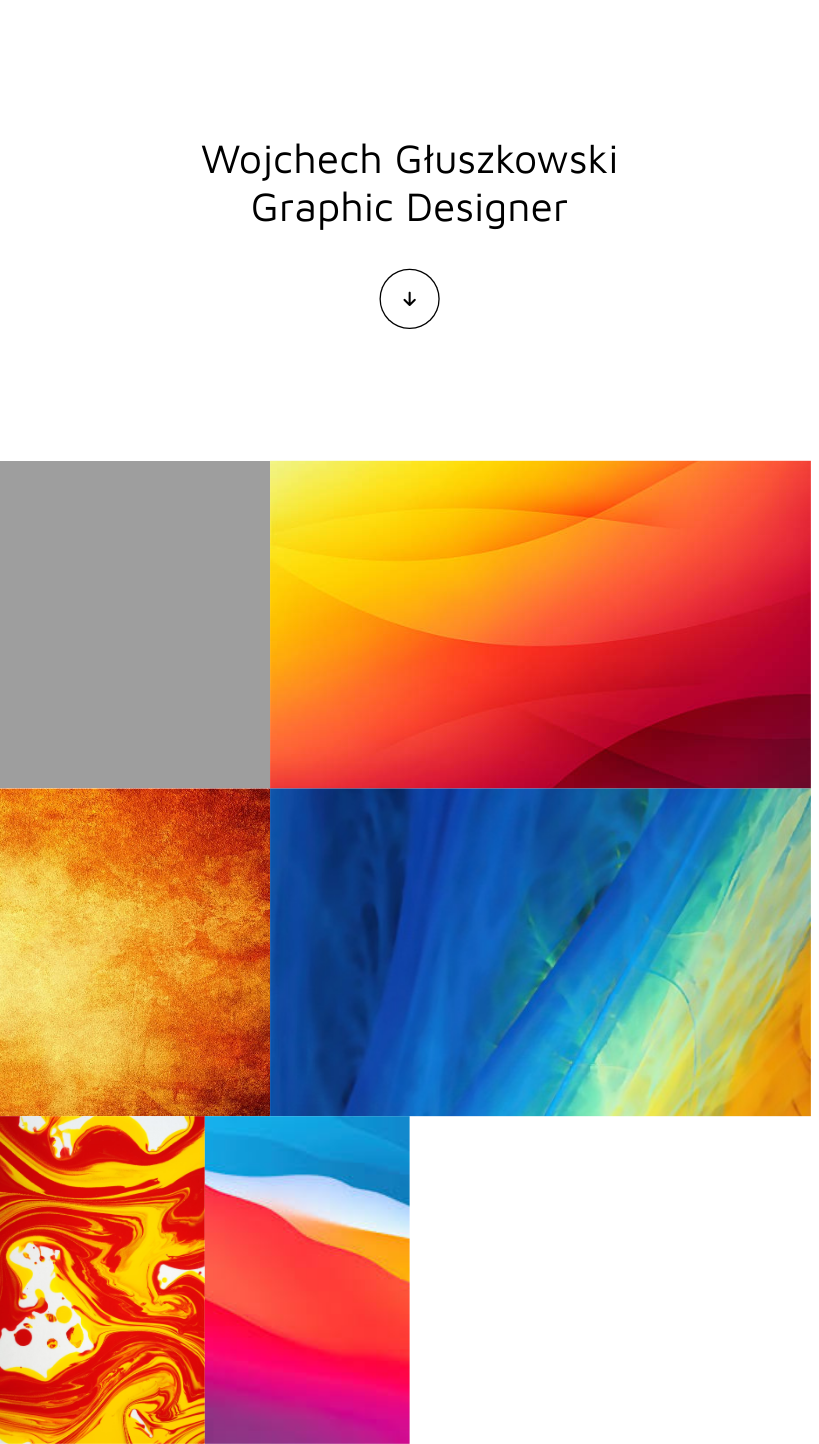
Repository: maciekto/WojciechGluszkowski-Porfolio
Page: /
An editor plug-in stored every save of this project. The page is shown before and after the next save, followed by the edit.
The browser window is 1280 px wide. The pictures show the whole page, at 64% of full size.
Pictures or frames that could not be fetched are drawn as grey boxes. Some web libraries are served in a nearby version. The project was rebuilt for these pictures with package versions that can differ from the ones it lists, and the page was loaded fresh each time.

Above is the page before, as saved 2022-06-07 14:47:56.

After the next save:
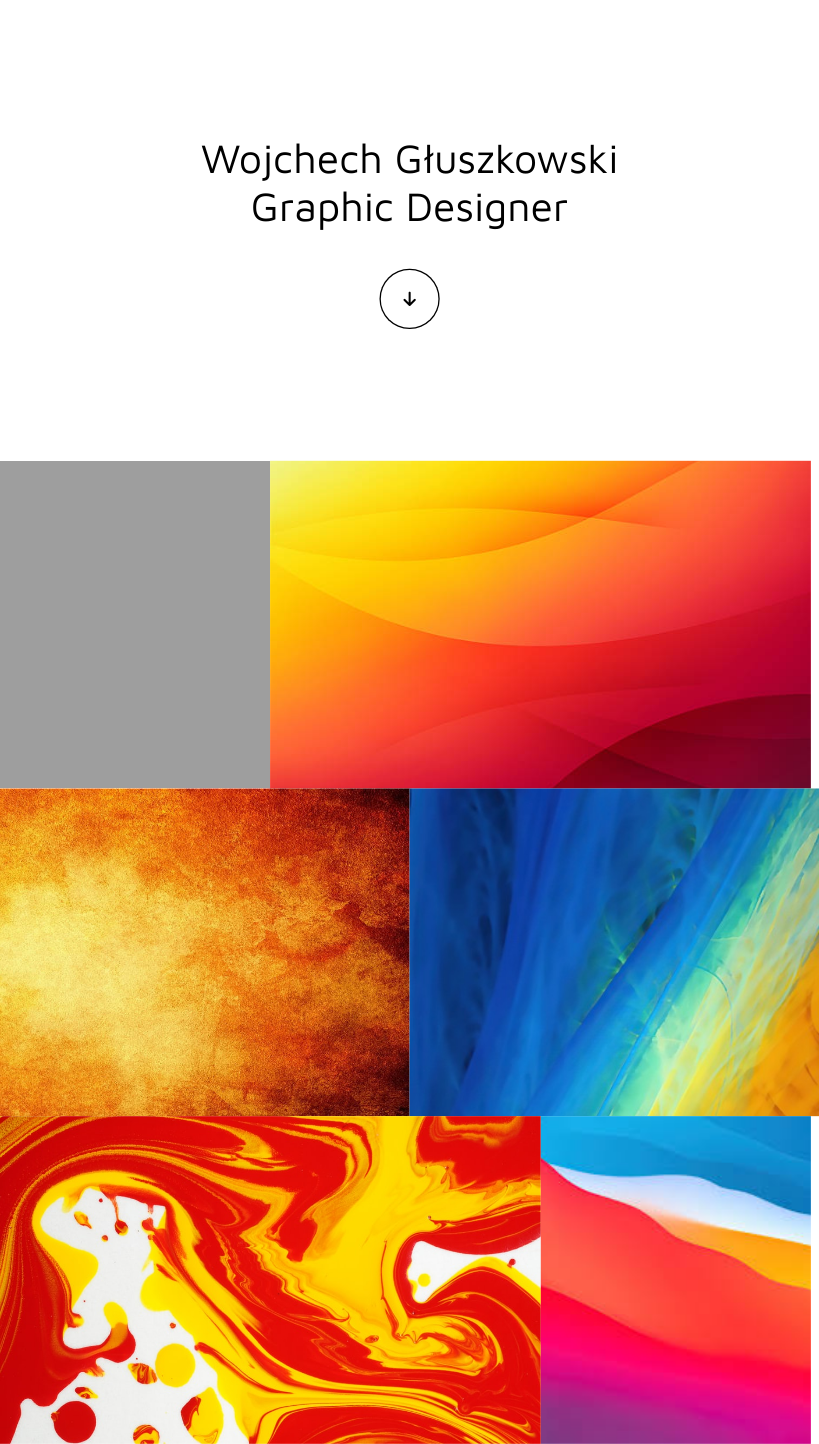
Saved 17 s later.
--- a/src/App.scss
+++ b/src/App.scss
@@ -59,20 +59,22 @@
             background-size: cover;
         }
         &-Item3 {
-            width: 33vw;
+            width: 50vw;
             background: url('assets/3.jpeg') center center no-repeat;
             background-size: cover;
         }
         &-Item4 {
-            width: 66vw;
+            width: 50vw;
             background: url('assets/4.jpeg') center center no-repeat;
             background-size: cover;
         }
         &-Item5 {
+            width: 66vw;
             background: url('assets/5.jpeg') center center no-repeat;
             background-size: cover;
         }
         &-Item6 {
+            width: 33vw;
             background: url('assets/6.jpeg') center center no-repeat;
             background-size: cover;
         }
